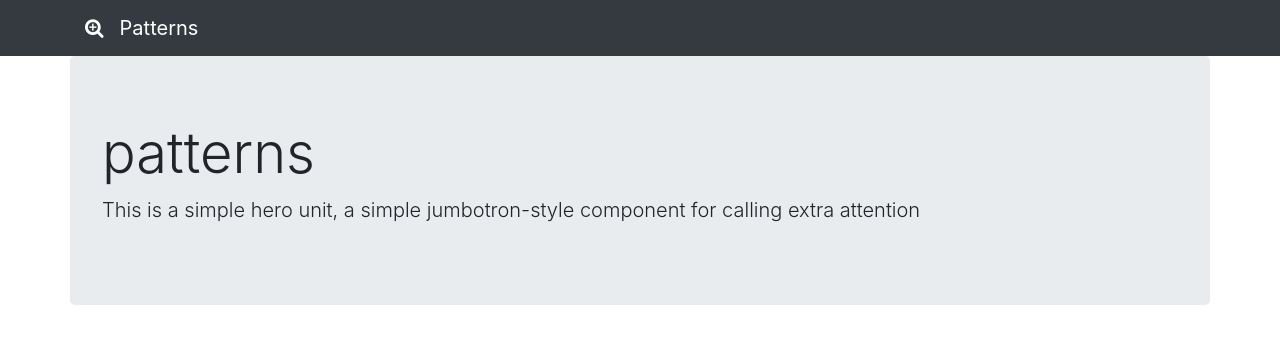
Repository: Mietlicha/patterns
Page: index.html
These files come from the project's save history. The page is drawn as it stood at one moment and after the next save; the edit follows.
The browser window is 1280 px wide. The pictures show the whole page.

Above is the page before, as saved 2019-10-24 11:14:49.

### index.html
<!DOCTYPE html>
<html lang="en">

<head>
    <meta charset="UTF-8">
    <meta name="viewport" content="width=device-width, initial-scale=1.0">
    <meta http-equiv="X-UA-Compatible" content="ie=edge">
    <title>Document</title>
    <link rel="stylesheet" href="style.css">
    <link rel="stylesheet" href="https://stackpath.bootstrapcdn.com/bootstrap/4.3.1/css/bootstrap.min.css"
        integrity="sha384-ggOyR0iXCbMQv3Xipma34MD+dH/1fQ784/j6cY/iJTQUOhcWr7x9JvoRxT2MZw1T" crossorigin="anonymous">
    <link rel="stylesheet" href="https://cdnjs.cloudflare.com/ajax/libs/font-awesome/4.7.0/css/font-awesome.min.css">

</head>

<body>
    <nav class="navbar navbar-dark bg-dark">
        <div class="container"><a class="navbar-brand" href="#"><i class="fa fa-search-plus mr-3" aria-hidden="true"></i>Patterns</a></div>
    </nav>
    <article>
    <section class="jumbotron container">
            <h1 class="display-4">patterns</h1>
            <p class="lead">This is a simple hero unit, a simple jumbotron-style component for calling extra attention</p>
            </section>
        </article>


    <script src="https://code.jquery.com/jquery-3.3.1.slim.min.js"
        integrity="sha384-q8i/X+965DzO0rT7abK41JStQIAqVgRVzpbzo5smXKp4YfRvH+8abtTE1Pi6jizo"
        crossorigin="anonymous"></script>
    <script src="https://cdnjs.cloudflare.com/ajax/libs/popper.js/1.14.7/umd/popper.min.js"
        integrity="sha384-UO2eT0CpHqdSJQ6hJty5KVphtPhzWj9WO1clHTMGa3JDZwrnQq4sF86dIHNDz0W1"
        crossorigin="anonymous"></script>
    <script src="https://stackpath.bootstrapcdn.com/bootstrap/4.3.1/js/bootstrap.min.js"
        integrity="sha384-JjSmVgyd0p3pXB1rRibZUAYoIIy6OrQ6VrjIEaFf/nJGzIxFDsf4x0xIM+B07jRM"
        crossorigin="anonymous"></script>
</body>

</html>

Loaded but not shown: style.css (no copy from this time; the picture is the same without it)

After the next save:
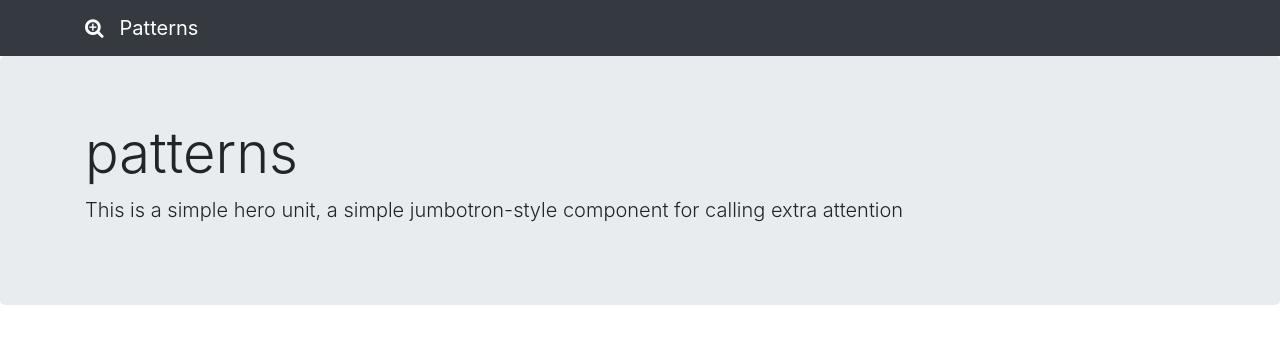
Saved 26 s later.
--- a/index.html
+++ b/index.html
@@ -18,9 +18,11 @@
         <div class="container"><a class="navbar-brand" href="#"><i class="fa fa-search-plus mr-3" aria-hidden="true"></i>Patterns</a></div>
     </nav>
     <article>
-    <section class="jumbotron container">
+    <section class="jumbotron">
+        <div class="container">
             <h1 class="display-4">patterns</h1>
             <p class="lead">This is a simple hero unit, a simple jumbotron-style component for calling extra attention</p>
+            </div>
             </section>
         </article>
 
